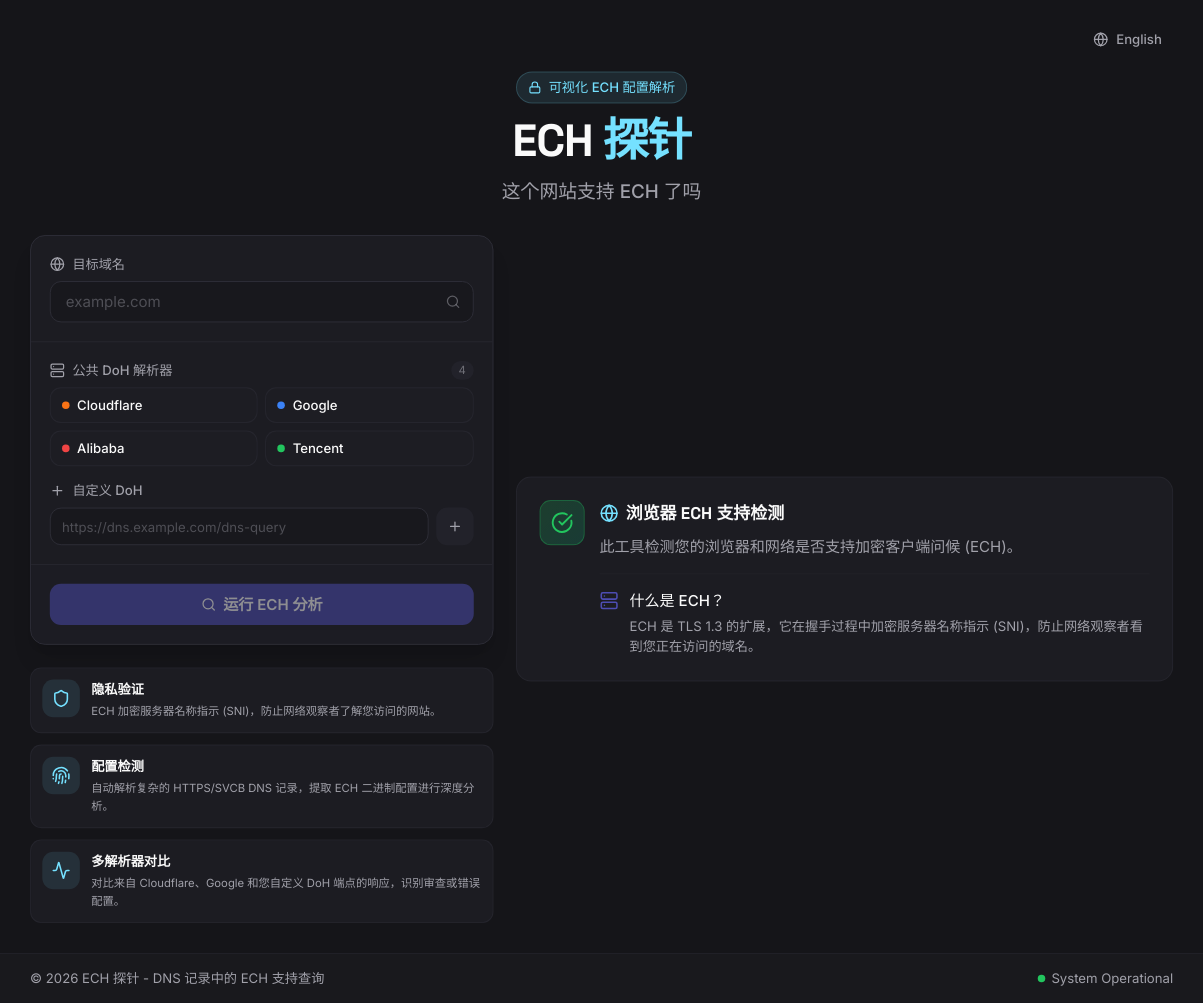
Repository: coolapijust/Ech-probe
Page: /
The author's editor kept a copy of each file at every save. The page is drawn from the files as they stood at one save, then again after the next save.
The browser window is 1280 px wide. The pictures show the whole page, at 94% of full size.
The project was rebuilt for these pictures with package versions that can differ from the ones it lists, and the page was loaded fresh each time. The framework's server and built-in components were replaced by stand-ins that run in the browser. Also part of the build but not shown: next.config.mjs, src/components/ui/card.tsx, src/components/ui/table.tsx, src/components/ui/badge.tsx, src/components/ui/label.tsx, src/components/ECHProbe/ResultsDisplay.tsx.

Above is the page before, as saved 2026-03-13 19:50:45.

### src/app/layout.tsx

import type {Metadata} from 'next';
import './globals.css';
import { Toaster } from "@/components/ui/toaster";
import { LanguageProvider } from '@/context/LanguageContext';

export const metadata: Metadata = {
  title: 'ECH Probe | Secure DNS Analysis',
  description: 'Advanced ECHConfig detection and DNS analysis tool.',
};

export default function RootLayout({
  children,
}: Readonly<{
  children: React.ReactNode;
}>) {
  return (
    <html lang="en" className="dark">
      <head>
        <link rel="preconnect" href="https://fonts.googleapis.com" />
        <link rel="preconnect" href="https://fonts.gstatic.com" crossOrigin="anonymous" />
        <link href="https://fonts.googleapis.com/css2?family=Inter:wght@400;500;600&family=Space+Grotesk:wght@500;700&display=swap" rel="stylesheet" />
      </head>
      <body className="font-body antialiased bg-background text-foreground min-h-screen">
        <LanguageProvider>
          {children}
          <Toaster />
        </LanguageProvider>
      </body>
    </html>
  );
}

### src/app/page.tsx
'use client';

import { useState } from 'react';
import { DomainForm } from '@/components/ECHProbe/DomainForm';
import { ResultsDisplay } from '@/components/ECHProbe/ResultsDisplay';
import { performECHAnalysis, ResolverResult } from '@/app/actions/dns';
import { Shield, Lock, Fingerprint, Activity, Globe, Server, CheckCircle } from 'lucide-react';
import { useLanguage } from '@/context/LanguageContext';
import { LanguageSwitcher } from '@/components/LanguageSwitcher';

export default function Home() {
  const [results, setResults] = useState<ResolverResult[]>([]);
  const [domain, setDomain] = useState('');
  const [isAnalyzing, setIsAnalyzing] = useState(false);
  const { t } = useLanguage();

  const handleAnalyze = async (domain: string, resolvers: string[], custom: string[]) => {
    setIsAnalyzing(true);
    setDomain(domain);
    try {
      const data = await performECHAnalysis(domain, resolvers, custom);
      setResults(data);
    } catch (err) {
      console.error(err);
    } finally {
      setIsAnalyzing(false);
    }
  };

  return (
    <div className="min-h-screen">
      {/* Hero Section */}
      <section className="pt-6 pb-8">
        <div className="max-w-7xl mx-auto px-4 sm:px-6 lg:px-8">
          {/* Top Bar - Language Switcher */}
          <div className="flex justify-end mb-4">
            <LanguageSwitcher />
          </div>

          <div className="text-center space-y-4">
            {/* Badge */}
            <div className="inline-flex items-center gap-2 px-3 py-1.5 rounded-full bg-accent/10 text-accent border border-accent/20 text-sm font-medium">
              <Lock className="w-3.5 h-3.5" />
              {t.badge}
            </div>

            {/* Title */}
            <h1 className="text-3xl md:text-4xl lg:text-5xl font-bold tracking-tight">
              <span className="text-foreground">{t.title.split(' ')[0]}</span>
              <span className="text-accent"> {t.title.split(' ')[1]}</span>
            </h1>

            {/* Subtitle */}
            <p className="text-lg md:text-xl text-muted-foreground font-medium">
              {t.subtitle}
            </p>
          </div>
        </div>
      </section>

      {/* Main Content - 两栏布局 */}
      <main className="max-w-7xl mx-auto px-4 sm:px-6 lg:px-8 pb-8">
        <div className="grid lg:grid-cols-12 gap-6">
          {/* Left Column - Form */}
          <div className="lg:col-span-5">
            <DomainForm onAnalyze={handleAnalyze} isLoading={isAnalyzing} />

            {/* Features - 放在表单下方 */}
            {!isAnalyzing && results.length === 0 && (
              <div className="mt-6 space-y-3">
                <FeatureItem
                  icon={<Shield className="w-5 h-5" />}
                  title={t.privacyVerified}
                  description={t.privacyDesc}
                />
                <FeatureItem
                  icon={<Fingerprint className="w-5 h-5" />}
                  title={t.configDetection}
                  description={t.configDesc}
                />
                <FeatureItem
                  icon={<Activity className="w-5 h-5" />}
                  title={t.multiResolver}
                  description={t.multiDesc}
                />
              </div>
            )}
          </div>

          {/* Right Column - Results */}
          <div className="lg:col-span-7">
            {results.length > 0 ? (
              <ResultsDisplay results={results} domain={domain} />
            ) : (
              /* ECH Info - 右侧占位内容 */
              <div className="h-full min-h-[400px] flex flex-col justify-center">
                <div className="bg-card border border-border/50 rounded-2xl p-6">
                  <div className="flex items-start gap-4">
                    <div className="w-12 h-12 rounded-xl bg-gradient-to-br from-green-500/20 to-emerald-500/20 border border-green-500/30 flex items-center justify-center shrink-0">
                      <CheckCircle className="w-6 h-6 text-green-500" />
                    </div>
                    <div className="flex-1">
                      <h3 className="text-lg font-semibold mb-2 flex items-center gap-2">
                        <Globe className="w-5 h-5 text-accent" />
                        {t.echCheckTitle}
                      </h3>
                      <p className="text-muted-foreground leading-relaxed mb-4">
                        {t.echCheckDesc}
                      </p>
                      <div className="flex items-start gap-3 pt-4 border-t border-border/30">
                        <Server className="w-5 h-5 text-primary mt-0.5 shrink-0" />
                        <div>
                          <span className="font-medium">{t.echWhatIs}</span>
                          <p className="text-sm text-muted-foreground mt-1 leading-relaxed">
                            {t.echExplain}
                          </p>
                        </div>
                      </div>
                    </div>
                  </div>
                </div>
              </div>
            )}
          </div>
        </div>
      </main>

      {/* Footer */}
      <footer className="border-t border-border/50 bg-muted/30 mt-auto">
        <div className="max-w-7xl mx-auto px-4 sm:px-6 lg:px-8 py-4">
          <div className="flex flex-col sm:flex-row justify-between items-center gap-2 text-sm text-muted-foreground">
            <p>{t.footer.replace('{year}', new Date().getFullYear().toString())}</p>
            <span className="flex items-center gap-1.5">
              <span className="w-2 h-2 rounded-full bg-green-500" />
              System Operational
            </span>
          </div>
        </div>
      </footer>
    </div>
  );
}

function FeatureItem({ icon, title, description }: { icon: React.ReactNode; title: string; description: string }) {
  return (
    <div className="flex items-start gap-3 p-3 rounded-xl bg-card border border-border/50 hover:border-accent/30 transition-colors">
      <div className="w-10 h-10 rounded-lg bg-accent/10 flex items-center justify-center text-accent shrink-0">
        {icon}
      </div>
      <div>
        <h3 className="font-semibold text-sm mb-1">{title}</h3>
        <p className="text-xs text-muted-foreground leading-relaxed">{description}</p>
      </div>
    </div>
  );
}

### src/app/globals.css

@tailwind base;
@tailwind components;
@tailwind utilities;

@layer base {
  :root {
    --background: 240 10% 9%; /* #15151A */
    --foreground: 0 0% 98%;
    --card: 240 10% 12%;
    --card-foreground: 0 0% 98%;
    --popover: 240 10% 9%;
    --popover-foreground: 0 0% 98%;
    --primary: 240 40% 50%; /* #4D4DB3 approx */
    --primary-foreground: 0 0% 100%;
    --secondary: 240 10% 15%;
    --secondary-foreground: 0 0% 98%;
    --muted: 240 10% 15%;
    --muted-foreground: 240 5% 65%;
    --accent: 193 100% 73%; /* #75E1FF */
    --accent-foreground: 240 10% 9%;
    --destructive: 0 62.8% 30.6%;
    --destructive-foreground: 0 0% 98%;
    --border: 240 10% 20%;
    --input: 240 10% 20%;
    --ring: 193 100% 73%;
    --radius: 0.75rem;
  }
}

@layer base {
  * {
    @apply border-border;
  }
  body {
    @apply bg-background text-foreground font-body;
  }
  h1, h2, h3, h4, h5, h6 {
    @apply font-headline;
  }
}

### src/components/ui/toaster.tsx
"use client"

import { useToast } from "@/hooks/use-toast"
import {
  Toast,
  ToastClose,
  ToastDescription,
  ToastProvider,
  ToastTitle,
  ToastViewport,
} from "@/components/ui/toast"

export function Toaster() {
  const { toasts } = useToast()

  return (
    <ToastProvider>
      {toasts.map(function ({ id, title, description, action, ...props }) {
        return (
          <Toast key={id} {...props}>
            <div className="grid gap-1">
              {title && <ToastTitle>{title}</ToastTitle>}
              {description && (
                <ToastDescription>{description}</ToastDescription>
              )}
            </div>
            {action}
            <ToastClose />
          </Toast>
        )
      })}
      <ToastViewport />
    </ToastProvider>
  )
}

### src/context/LanguageContext.tsx

'use client';

import React, { createContext, useContext, useState, ReactNode } from 'react';
import { translations, Language } from '@/lib/i18n';

interface LanguageContextType {
  language: Language;
  setLanguage: (lang: Language) => void;
  t: any;
}

const LanguageContext = createContext<LanguageContextType | undefined>(undefined);

export function LanguageProvider({ children }: { children: ReactNode }) {
  const [language, setLanguage] = useState<Language>('cn'); // 默认中文

  const t = translations[language];

  return (
    <LanguageContext.Provider value={{ language, setLanguage, t }}>
      {children}
    </LanguageContext.Provider>
  );
}

export function useLanguage() {
  const context = useContext(LanguageContext);
  if (context === undefined) {
    throw new Error('useLanguage must be used within a LanguageProvider');
  }
  return context;
}

### src/app/actions/dns.ts
'use server';

import { parseECHFromHttpsRecord } from '@/lib/dns-parser';
import { queryDoH } from '@/lib/doh-query';

import { ECHConfigDetail } from '@/lib/dns-parser';

export type ResolverResult = {
  resolverName: string;
  echConfigDetected: boolean;
  echConfigDetails: ECHConfigDetail | null;
  errorMessage: string | null;
  rawResponse?: string;
};

const PRESET_RESOLVERS = [
  { name: 'Cloudflare', url: 'https://cloudflare-dns.com/dns-query' },
  { name: 'Google', url: 'https://dns.google/resolve' },
  { name: 'Alibaba', url: 'https://dns.alidns.com/resolve' },
  { name: 'Tencent', url: 'https://doh.pub/dns-query' },
];

export async function performECHAnalysis(
  domain: string,
  selectedResolvers: string[],
  customResolvers: string[] = []
): Promise<ResolverResult[]> {
  const resolversToQuery = PRESET_RESOLVERS.filter(r => selectedResolvers.includes(r.name));

  const dohPromises = resolversToQuery.map(async (res) => {
    try {
      const records = await queryDoH(domain, res.url);
      const echDetails = records.map(parseECHFromHttpsRecord).find(d => d !== null) || null;
      return {
        resolverName: res.name,
        echConfigDetected: !!echDetails,
        echConfigDetails: echDetails,
        errorMessage: null,
        rawResponse: records.join('\n')
      };
    } catch (err: any) {
      let errorMsg = err.message || 'Unknown error';
      if (err.name === 'AbortError') {
        errorMsg = 'Request timeout';
      }
      return {
        resolverName: res.name,
        echConfigDetected: false,
        echConfigDetails: null,
        errorMessage: errorMsg
      };
    }
  });

  const customPromises = customResolvers.map(async (url) => {
    try {
      const records = await queryDoH(domain, url);
      const echDetails = records.map(parseECHFromHttpsRecord).find(d => d !== null) || null;
      return {
        resolverName: `Custom (${new URL(url).hostname})`,
        echConfigDetected: !!echDetails,
        echConfigDetails: echDetails,
        errorMessage: null,
        rawResponse: records.join('\n')
      };
    } catch (err: any) {
      let errorMsg = err.message || 'Unknown error';
      if (err.name === 'AbortError') {
        errorMsg = 'Request timeout';
      }
      return {
        resolverName: 'Custom Resolver',
        echConfigDetected: false,
        echConfigDetails: null,
        errorMessage: errorMsg
      };
    }
  });

  const allResults = await Promise.all([...dohPromises, ...customPromises]);
  return allResults;
}

### src/components/LanguageSwitcher.tsx

'use client';

import { useLanguage } from '@/context/LanguageContext';
import { Button } from '@/components/ui/button';
import { Globe } from 'lucide-react';

export function LanguageSwitcher() {
  const { language, setLanguage } = useLanguage();

  return (
    <Button
      variant="ghost"
      size="sm"
      onClick={() => setLanguage(language === 'en' ? 'cn' : 'en')}
      className="flex items-center gap-2 text-muted-foreground hover:text-accent"
    >
      <Globe className="w-4 h-4" />
      {language === 'en' ? '中文' : 'English'}
    </Button>
  );
}

### src/components/ui/button.tsx
import * as React from "react"
import { Slot } from "@radix-ui/react-slot"
import { cva, type VariantProps } from "class-variance-authority"

import { cn } from "@/lib/utils"

const buttonVariants = cva(
  "inline-flex items-center justify-center gap-2 whitespace-nowrap rounded-md text-sm font-medium ring-offset-background transition-colors focus-visible:outline-none focus-visible:ring-2 focus-visible:ring-ring focus-visible:ring-offset-2 disabled:pointer-events-none disabled:opacity-50 [&_svg]:pointer-events-none [&_svg]:size-4 [&_svg]:shrink-0",
  {
    variants: {
      variant: {
        default: "bg-primary text-primary-foreground hover:bg-primary/90",
        destructive:
          "bg-destructive text-destructive-foreground hover:bg-destructive/90",
        outline:
          "border border-input bg-background hover:bg-accent hover:text-accent-foreground",
        secondary:
          "bg-secondary text-secondary-foreground hover:bg-secondary/80",
        ghost: "hover:bg-accent hover:text-accent-foreground",
        link: "text-primary underline-offset-4 hover:underline",
      },
      size: {
        default: "h-10 px-4 py-2",
        sm: "h-9 rounded-md px-3",
        lg: "h-11 rounded-md px-8",
        icon: "h-10 w-10",
      },
    },
    defaultVariants: {
      variant: "default",
      size: "default",
    },
  }
)

export interface ButtonProps
  extends React.ButtonHTMLAttributes<HTMLButtonElement>,
    VariantProps<typeof buttonVariants> {
  asChild?: boolean
}

const Button = React.forwardRef<HTMLButtonElement, ButtonProps>(
  ({ className, variant, size, asChild = false, ...props }, ref) => {
    const Comp = asChild ? Slot : "button"
    return (
      <Comp
        className={cn(buttonVariants({ variant, size, className }))}
        ref={ref}
        {...props}
      />
    )
  }
)
Button.displayName = "Button"

export { Button, buttonVariants }

Loaded but not shown: src/hooks/use-toast.ts (common file); src/lib/utils.ts (common file); src/lib/dns-parser.ts (369 lines, source omitted); src/components/ECHProbe/DomainForm.tsx (167 lines, source omitted); src/lib/doh-query.ts (202 lines, source omitted); src/components/ui/toast.tsx (129 lines, source omitted); src/lib/i18n.ts (99 lines, source omitted); tailwind.config.ts (100 lines, source omitted)

After the next save:
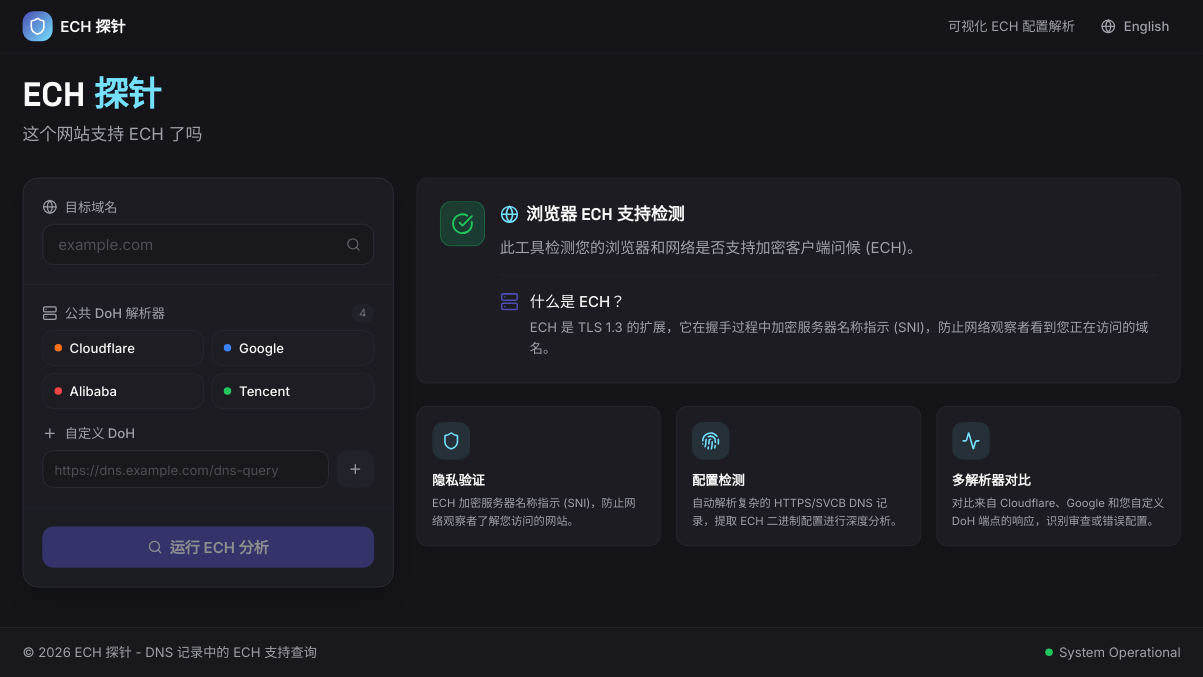
Saved 8 min 47 s later.
--- a/src/app/page.tsx
+++ b/src/app/page.tsx
@@ -28,73 +28,51 @@ export default function Home() {
   };
 
   return (
-    <div className="min-h-screen">
-      {/* Hero Section */}
-      <section className="pt-6 pb-8">
-        <div className="max-w-7xl mx-auto px-4 sm:px-6 lg:px-8">
-          {/* Top Bar - Language Switcher */}
-          <div className="flex justify-end mb-4">
+    <div className="min-h-screen flex flex-col">
+      {/* Header Bar */}
+      <header className="border-b border-border/50 bg-background/80 backdrop-blur-sm">
+        <div className="flex items-center justify-between px-6 h-14">
+          <div className="flex items-center gap-2">
+            <div className="w-8 h-8 rounded-lg bg-gradient-to-br from-primary to-accent flex items-center justify-center">
+              <Shield className="w-5 h-5 text-white" />
+            </div>
+            <span className="font-bold">{t.title}</span>
+          </div>
+          <div className="flex items-center gap-4">
+            <span className="text-sm text-muted-foreground hidden sm:inline">{t.badge}</span>
             <LanguageSwitcher />
           </div>
+        </div>
+      </header>
 
-          <div className="text-center space-y-4">
-            {/* Badge */}
-            <div className="inline-flex items-center gap-2 px-3 py-1.5 rounded-full bg-accent/10 text-accent border border-accent/20 text-sm font-medium">
-              <Lock className="w-3.5 h-3.5" />
-              {t.badge}
-            </div>
-
-            {/* Title */}
-            <h1 className="text-3xl md:text-4xl lg:text-5xl font-bold tracking-tight">
+      {/* Main Content - Full Width */}
+      <main className="flex-1 p-6">
+        {/* Hero - Left Aligned */}
+        <section className="mb-8">
+          <div className="space-y-2">
+            <h1 className="text-3xl md:text-4xl font-bold">
               <span className="text-foreground">{t.title.split(' ')[0]}</span>
               <span className="text-accent"> {t.title.split(' ')[1]}</span>
             </h1>
+            <p className="text-lg text-muted-foreground">{t.subtitle}</p>
+          </div>
+        </section>
 
-            {/* Subtitle */}
-            <p className="text-lg md:text-xl text-muted-foreground font-medium">
-              {t.subtitle}
-            </p>
-          </div>
-        </div>
-      </section>
-
-      {/* Main Content - 两栏布局 */}
-      <main className="max-w-7xl mx-auto px-4 sm:px-6 lg:px-8 pb-8">
+        {/* Content Grid - Full Width */}
         <div className="grid lg:grid-cols-12 gap-6">
           {/* Left Column - Form */}
-          <div className="lg:col-span-5">
+          <div className="lg:col-span-4">
             <DomainForm onAnalyze={handleAnalyze} isLoading={isAnalyzing} />
-
-            {/* Features - 放在表单下方 */}
-            {!isAnalyzing && results.length === 0 && (
-              <div className="mt-6 space-y-3">
-                <FeatureItem
-                  icon={<Shield className="w-5 h-5" />}
-                  title={t.privacyVerified}
-                  description={t.privacyDesc}
-                />
-                <FeatureItem
-                  icon={<Fingerprint className="w-5 h-5" />}
-                  title={t.configDetection}
-                  description={t.configDesc}
-                />
-                <FeatureItem
-                  icon={<Activity className="w-5 h-5" />}
-                  title={t.multiResolver}
-                  description={t.multiDesc}
-                />
-              </div>
-            )}
           </div>
 
-          {/* Right Column - Results */}
-          <div className="lg:col-span-7">
+          {/* Right Column - Results or Info */}
+          <div className="lg:col-span-8">
             {results.length > 0 ? (
               <ResultsDisplay results={results} domain={domain} />
             ) : (
-              /* ECH Info - 右侧占位内容 */
-              <div className="h-full min-h-[400px] flex flex-col justify-center">
-                <div className="bg-card border border-border/50 rounded-2xl p-6">
+              <div className="h-full flex flex-col gap-6">
+                {/* ECH Info Card */}
+                <div className="bg-card border border-border/50 rounded-xl p-6">
                   <div className="flex items-start gap-4">
                     <div className="w-12 h-12 rounded-xl bg-gradient-to-br from-green-500/20 to-emerald-500/20 border border-green-500/30 flex items-center justify-center shrink-0">
                       <CheckCircle className="w-6 h-6 text-green-500" />
@@ -119,6 +97,25 @@ export default function Home() {
                     </div>
                   </div>
                 </div>
+
+                {/* Feature Cards - Horizontal */}
+                <div className="grid sm:grid-cols-3 gap-4">
+                  <FeatureCard
+                    icon={<Shield className="w-5 h-5" />}
+                    title={t.privacyVerified}
+                    description={t.privacyDesc}
+                  />
+                  <FeatureCard
+                    icon={<Fingerprint className="w-5 h-5" />}
+                    title={t.configDetection}
+                    description={t.configDesc}
+                  />
+                  <FeatureCard
+                    icon={<Activity className="w-5 h-5" />}
+                    title={t.multiResolver}
+                    description={t.multiDesc}
+                  />
+                </div>
               </div>
             )}
           </div>
@@ -126,8 +123,8 @@ export default function Home() {
       </main>
 
       {/* Footer */}
-      <footer className="border-t border-border/50 bg-muted/30 mt-auto">
-        <div className="max-w-7xl mx-auto px-4 sm:px-6 lg:px-8 py-4">
+      <footer className="border-t border-border/50 bg-muted/30">
+        <div className="px-6 py-4">
           <div className="flex flex-col sm:flex-row justify-between items-center gap-2 text-sm text-muted-foreground">
             <p>{t.footer.replace('{year}', new Date().getFullYear().toString())}</p>
             <span className="flex items-center gap-1.5">
@@ -141,16 +138,14 @@ export default function Home() {
   );
 }
 
-function FeatureItem({ icon, title, description }: { icon: React.ReactNode; title: string; description: string }) {
+function FeatureCard({ icon, title, description }: { icon: React.ReactNode; title: string; description: string }) {
   return (
-    <div className="flex items-start gap-3 p-3 rounded-xl bg-card border border-border/50 hover:border-accent/30 transition-colors">
-      <div className="w-10 h-10 rounded-lg bg-accent/10 flex items-center justify-center text-accent shrink-0">
+    <div className="p-4 rounded-xl bg-card border border-border/50 hover:border-accent/30 transition-colors">
+      <div className="w-10 h-10 rounded-lg bg-accent/10 flex items-center justify-center text-accent mb-3">
         {icon}
       </div>
-      <div>
-        <h3 className="font-semibold text-sm mb-1">{title}</h3>
-        <p className="text-xs text-muted-foreground leading-relaxed">{description}</p>
-      </div>
+      <h3 className="font-semibold text-sm mb-1">{title}</h3>
+      <p className="text-xs text-muted-foreground leading-relaxed">{description}</p>
     </div>
   );
 }
